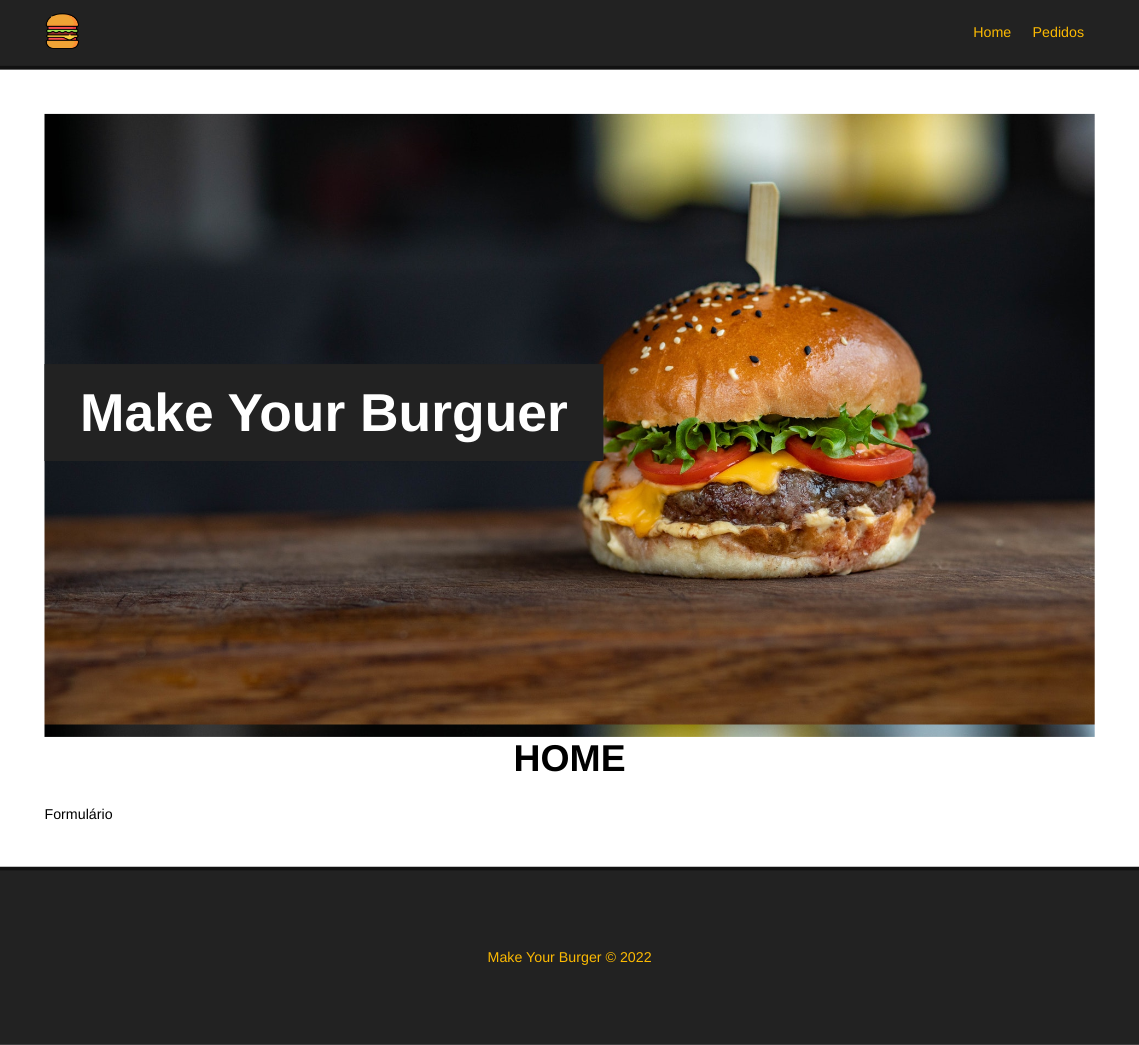
Repository: brunofa23/makeyourburguer
Page: /
The author's editor kept a copy of each file at every save. The page is drawn from the files as they stood at one save, then again after the next save.
The browser window is 1280 px wide. The pictures show the whole page, at 89% of full size.
The project was rebuilt for these pictures with package versions that can differ from the ones it lists, and the page was loaded fresh each time. Also part of the build but not shown: vue.config.js.

Above is the page before, as saved 2022-08-09 19:22:51.

### src/App.vue
<template>
  <Navbar :logo="logo_src" :alt="app_name"/>
  <router-view/>
  <Footer />
</template>

<script>
import Navbar from './components/Navbar.vue';
import Footer from './components/Footer.vue';

export default{
  components:{ Navbar, Footer },
  data(){
    return{
      logo_src:"/img/logo.png",
      app_name:"Make Your Burguer"
    }

  }
}

</script>

<style>
*{
  font-family: Helvetica, sans-serif;
  padding: 0;
  margin: 0;
  box-sizing: border-box;
}


.main-container{
  margin:50px;
  min-height: 250px;
}

h1{
  text-align: center;
  font-size: 42px;
  margin-bottom: 30px;
}
</style>

### src/router/index.js
import { createRouter, createWebHistory } from 'vue-router'
import HomeView from '../views/HomeView.vue'

const routes = [
  {
    path: '/',
    name: 'home',
    component: HomeView
  },
  {
    path: '/pedidos',
    name: 'Pedidos',
    // route level code-splitting
    // this generates a separate chunk (about.[hash].js) for this route
    // which is lazy-loaded when the route is visited.
    component: () => import(/* webpackChunkName: "about" */ '../views/PedidosView.vue')
  }
]

const router = createRouter({
  history: createWebHistory(process.env.BASE_URL),
  routes
})

export default router

### src/components/Navbar.vue
<template>
  <div id="nav">
    <router-link to="/" id="logo-url">
        <img :src="logo" :alt="alt" id="logo" >
    </router-link>
    <router-link to="/">Home</router-link>
    <router-link to="/pedidos">Pedidos</router-link>
  </div>
</template>

<script>
export default {
    name:"Navbar",
    props:["logo", "alt"]
}
</script>




<style scoped>
#nav{
  background-color:#222 ;
  border-bottom: 4px solid #111;
  padding: 15px 50px;
  display: flex;
  justify-content: flex-end;
  align-items: center;


}

#nav #logo-url{
  margin: auto;
  margin-left: 0;


}

#logo{
  width: 40px;
  height: 40px;
}

#nav a{
  color: #FCBA03;
  text-decoration: none;
  margin: 12px;
  transition: .5s;

}
#nav a:hover{
  color:#FFF;
}

</style>

### src/components/Footer.vue
<template>
    <footer id="footer">
        <p>Make Your Burger &copy; 2022</p>

    </footer>
</template>


<script>
export default{
    name: "Footer"
}

</script>

<style scoped>
#footer{
    height: 200px;
    background-color: #222;
    border-top: 4px solid #111;
    color: #fcba03;
    display: flex;
    align-items: center;
    justify-content: center;
    width: 100%;
}
</style>

### src/views/HomeView.vue
<template>
  <div class="main-container">
    <Banner />
   <h1>HOME</h1>
   <p>Formulário</p>
  </div>
</template>

<script>
import Banner from "@/components/Banner.vue";

export default{
  name: "Home",
  components:{
    Banner
  }
}

</script>

### src/components/Banner.vue
<template>
  <div id="main-banner">
    <h1>Make Your Burguer</h1>
  </div>
</template>

<script>
export default {
  name: 'Banner',
}
</script>

<style scoped>
#main-banner{
    background-image: url('/public/img/burger.jpg');
    background-position: 0 -100px;
    background-size: cover;
    height: 700px;
    padding: 0;

    display: flex;
    align-items: center;
    justify-content: flex-start;

}

#main-banner h1{
    color: #FFF;
    text-align: center;
    font-size: 60px;
    background-color: #222;
    padding: 20px 40px;

}


</style>
>

Loaded but not shown: public/index.html (common file); src/main.js (common file)

After the next save:
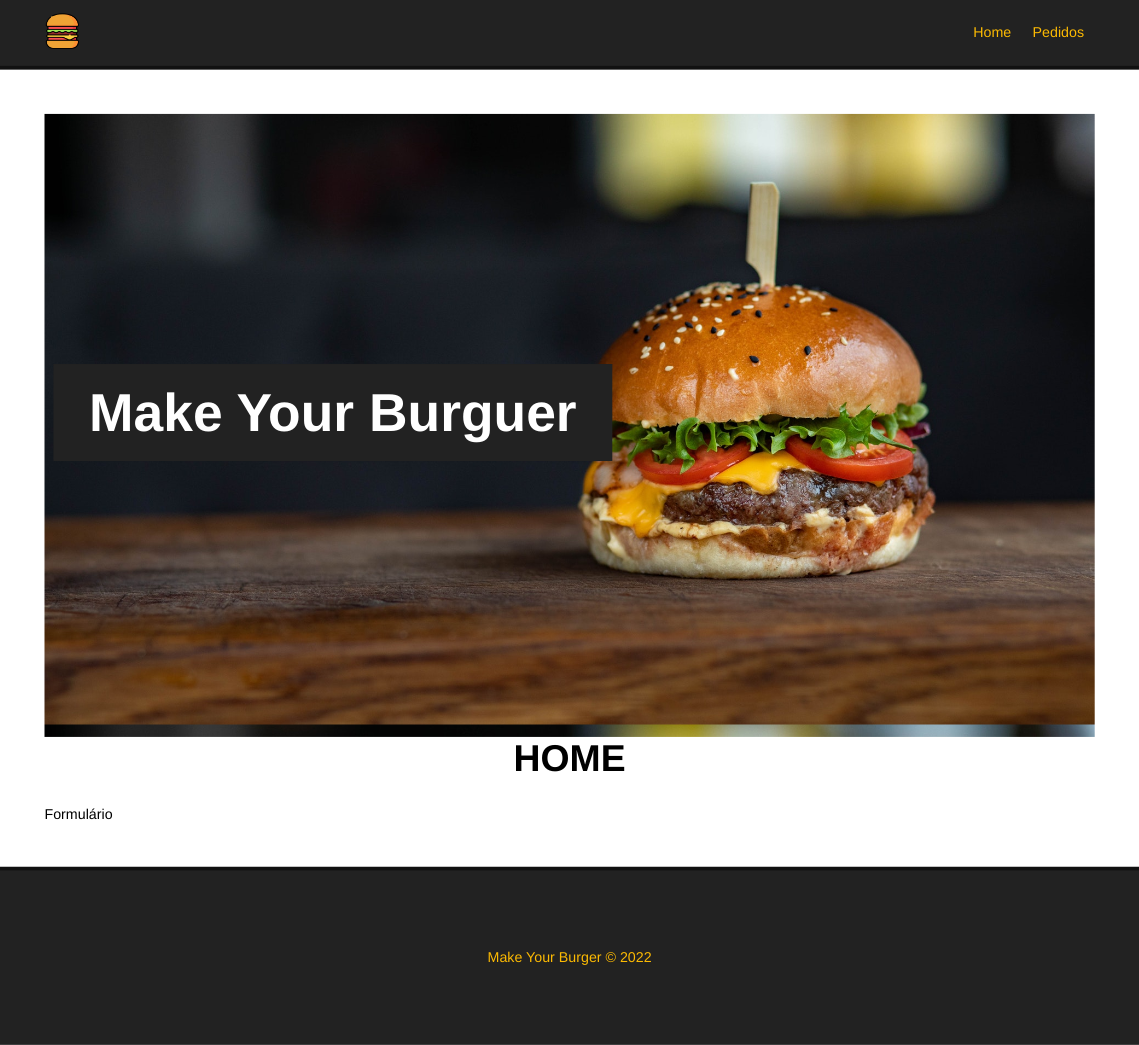
Saved 6 s later.
--- a/src/components/Banner.vue
+++ b/src/components/Banner.vue
@@ -16,7 +16,7 @@ export default {
     background-position: 0 -100px;
     background-size: cover;
     height: 700px;
-    padding: 0;
+    padding: 10px;
 
     display: flex;
     align-items: center;
